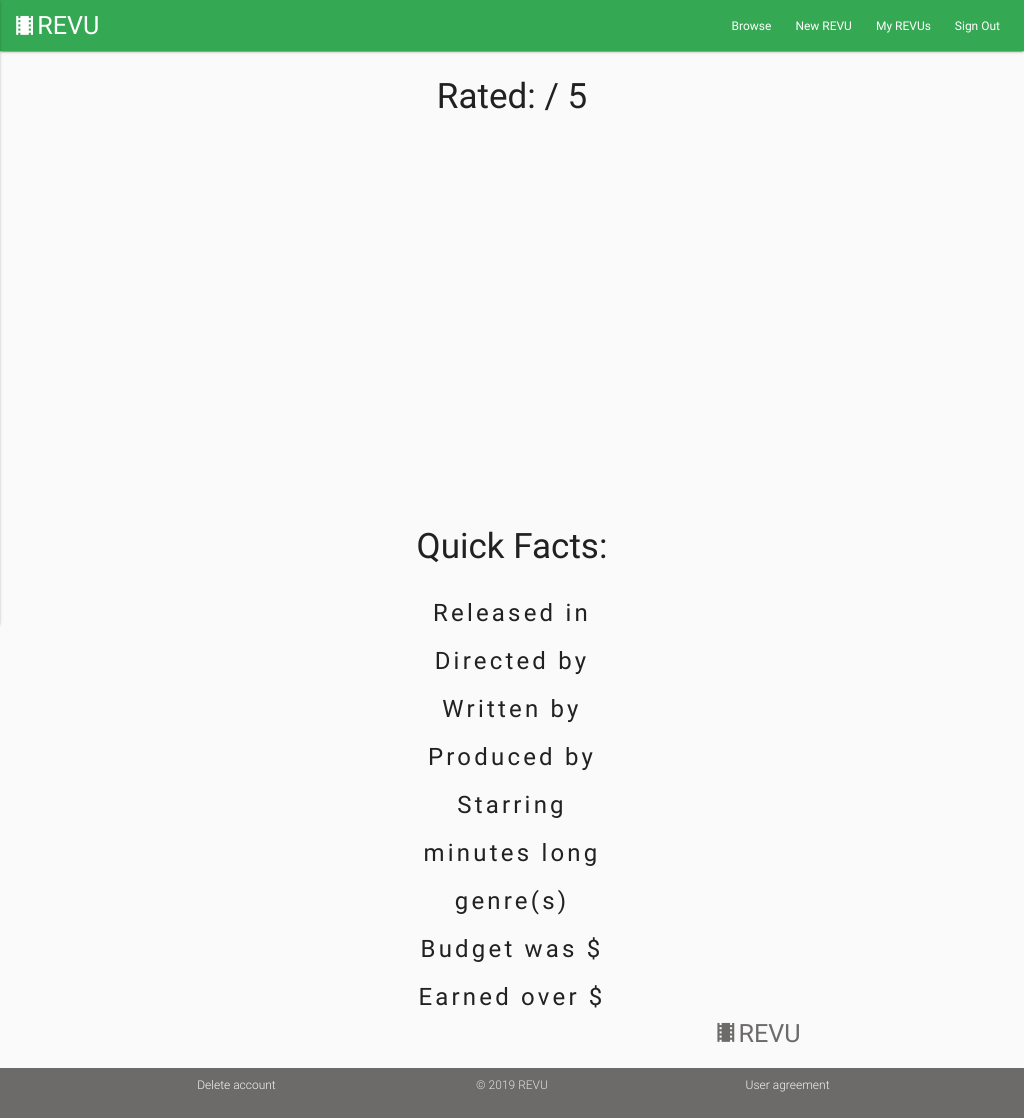
Repository: Olan1/revu
Page: templates/revu.html
The author's editor kept a record of every edit. The page is drawn from the files as they stood at one moment, then again after the next edit.
The browser window is 1280 px wide. The pictures show the whole page, at 80% of full size.
Some web libraries are served in a nearby version. The page is served by the project's application, run on Flask 3 (app.py). The template is opened directly, without the code that normally fills it, so the values that code supplies are empty.

Above is the page before.

After the next edit:
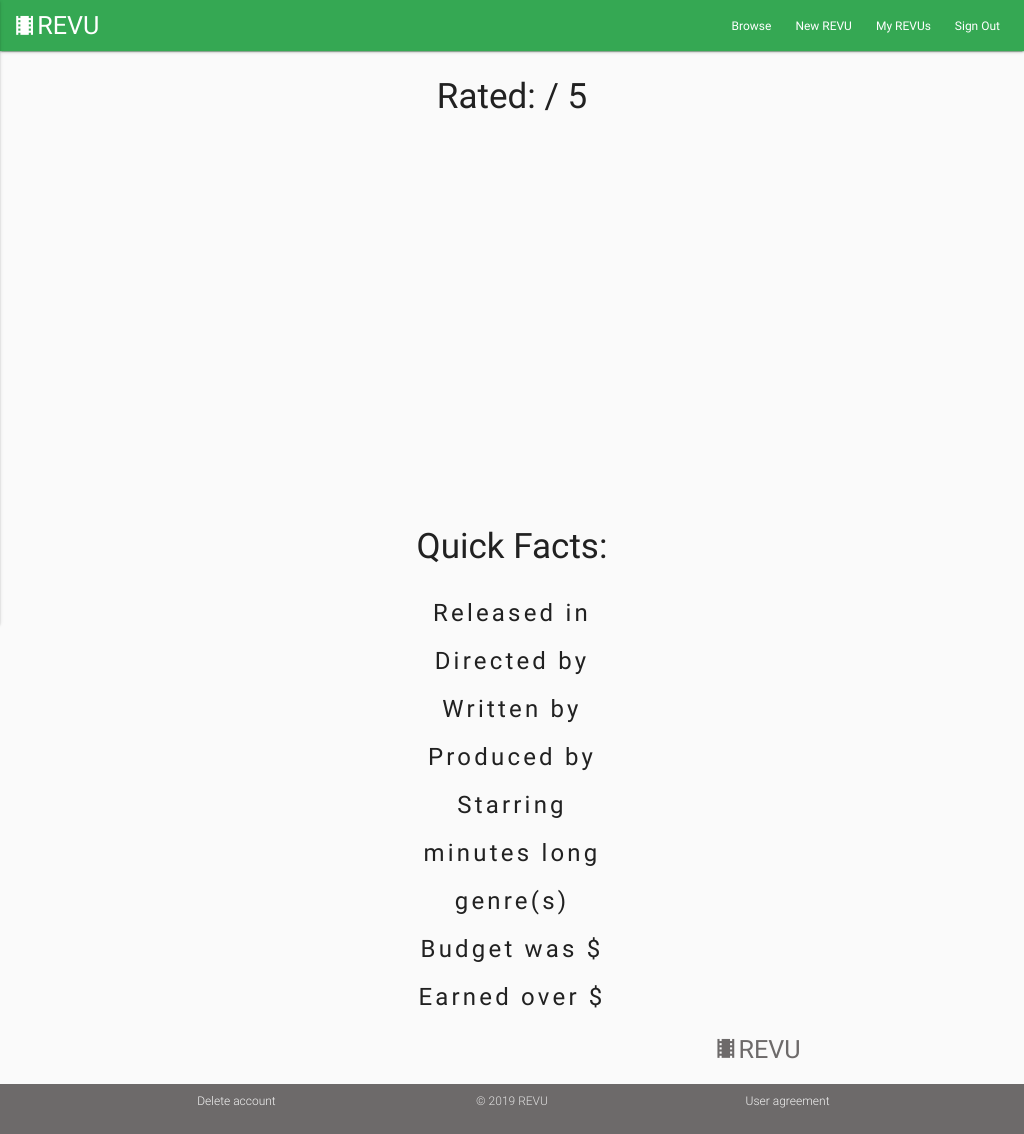
The edit:
--- a/templates/revu.html
+++ b/templates/revu.html
@@ -36,6 +36,11 @@
         </ul>
     </div>
 </div>
+<div class="row">
+    <div class="col-12">
+
+    </div>
+</div>
 
 {{ review.plot }}
 {{ review.review }}
